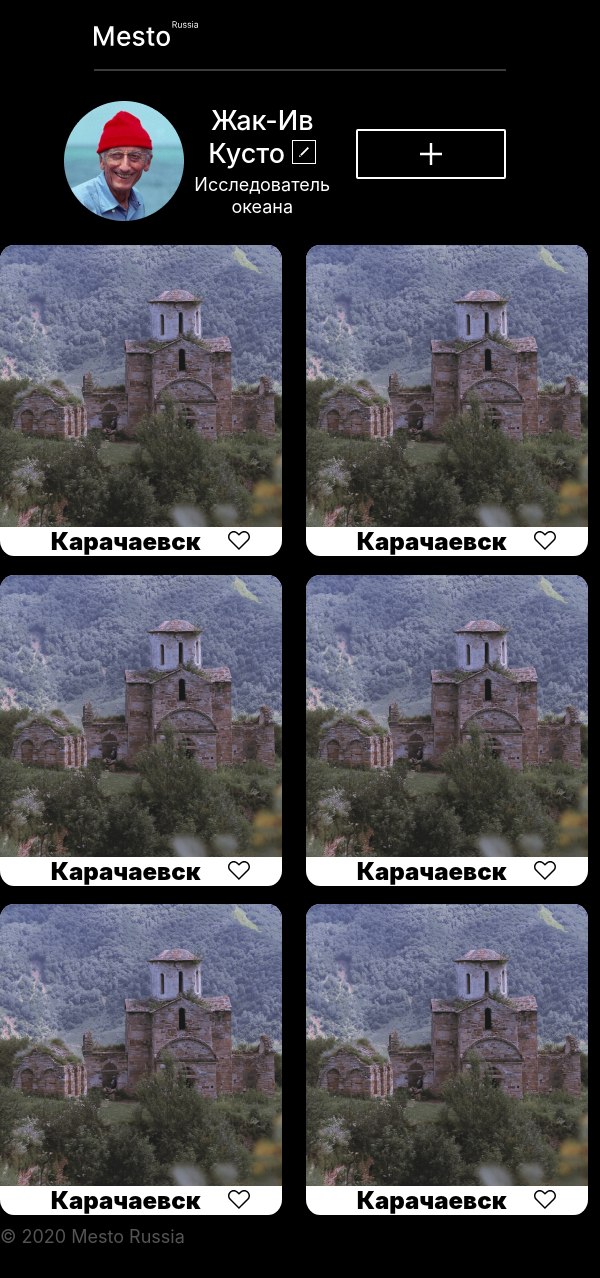
Repository: Ivan2399/mesto-project
Page: index.html
An editor plug-in stored every save of this project. The page is shown before and after the next save, followed by the edit.
The browser window is 600 px wide. The pictures show the whole page.

Above is the page before, as saved 2021-11-16 18:54:17.

### index.html
<!DOCTYPE html>
<html lang="ru">

<head>
    <meta charset="UTF-8">
    <meta http-equiv="X-UA-Compatible" content="IE=edge">
    <meta name="viewport" content="width=device-width, initial-scale=1.0">
    <link rel="stylesheet" href="./pages/index.css" />
    <title>Mesto</title>
</head>

<body class="root">
    <div class="page">
        <header class="header">
            <div class="header__container">
                <img class="header__logo" src="images/logo/Vector.svg" alt="Логотип">
                <div class="header__line"></div>
            </div>
        </header>
        <main class="content">
            <section class="profile profile_mobile">
                <div class="profile__container profile__container_mobile ">
                    <img class="profile__avatar" src="images/avatar/Avatar.png" alt="Аватарка">
                    <h2 class="profile__nickname profile__nickname_mobile">Жак-Ив Кусто
                        <button class="profile__buttons_type_editig"></button>
                        <p class="profile__hobbyname">Исследователь океана</p>
                    </h2>
                </div>
                <div class="profile__buttons">
                    <button class="profile__buttons_type_add"></button>
                </div>
            </section>
            <section class="table">
                <div class="table__container table__container_mobile">
                    <div class="table__card">
                        <img class="table__image" src="images/table/Karachaevsk.png" alt="Крепость">
                        <h2 class="table__title">Карачаевск <img class="table__button table__button_active"
                                src="images/buttons/Vector.svg" alt="Лайк"></h2>
                    </div>
                    <div class="table__card">
                        <img class="table__image" src="images/table/Karachaevsk.png" alt="Крепость">
                        <h2 class="table__title">Карачаевск <img class="table__button table__button_active"
                                src="images/buttons/Vector.svg" alt="Лайк"></h2>
                    </div>
                    <div class="table__card">
                        <img class="table__image" src="images/table/Karachaevsk.png" alt="Крепость">
                        <h2 class="table__title">Карачаевск <img class="table__button table__button_active"
                                src="images/buttons/Vector.svg" alt="Лайк"></h2>
                    </div>
                    <div class="table__card">
                        <img class="table__image" src="images/table/Karachaevsk.png" alt="Крепость">
                        <h2 class="table__title">Карачаевск <img class="table__button table__button_active"
                                src="images/buttons/Vector.svg" alt="Лайк"></h2>
                    </div>
                    <div class="table__card">
                        <img class="table__image" src="images/table/Karachaevsk.png" alt="Крепость">
                        <h2 class="table__title">Карачаевск <img class="table__button table__button_active"
                                src="images/buttons/Vector.svg" alt="Лайк"></h2>
                    </div>
                    <div class="table__card">
                        <img class="table__image" src="images/table/Karachaevsk.png" alt="Крепость">
                        <h2 class="table__title">Карачаевск <img class="table__button table__button_active"
                                src="images/buttons/Vector.svg" alt="Лайк"></h2>
                    </div>
                </div>
            </section>
            <section class="footer">
                <h2 class="footer__logo">© 2020 Mesto Russia</h2>
            </section>
        </main>
    </div>
</body>

</html>

### pages/index.css
@import url(../blocks/root/root.css);
@import url(../blocks/page/page.css);
@import url(../blocks/content/content.css);

/* header */

@import url(../blocks/header/header.css);
@import url(../blocks/header/__container/header__container.css);
@import url(../blocks/header/__logo/header__logo.css);
@import url(../blocks/header/__line/header__line.css);

/* profile */

@import url(../blocks/profile/profile.css);
@import url(../blocks/profile/__avatar/profile__avatar.css);
@import url(../blocks/profile/__container/profile__container.css);
@import url(../blocks/profile/__buttons/profile__buttons.css);
@import url(../blocks/profile/__buttons/_type/profile__buttons_type_add.css);
@import url(../blocks/profile/__buttons/_type/profile__buttons_type_editig.css);
@import url(../blocks/profile/__hobbyname/profile__hobbyname.css);
@import url(../blocks/profile/__nickname/profile__nickname.css);
@import url(../blocks/profile/__container/_mobile/profile__container_mobile.css);
@import url(../blocks/profile/__nickname/_mobile/profile__nickname_mobile.css);
@import url(../blocks/profile/_mobile/profile_mobile.css);

/* table */

@import url(../blocks/table/table.css);
@import url(../blocks/table/__button/table__button.css);
@import url(../blocks/table/__card/table__card.css);
@import url(../blocks/table/__container/table__container.css);
@import url(../blocks/table/__image/table__image.css);
@import url(../blocks/table/__title/table__title.css);
@import url(../blocks/table/__container/_mobile/table__container_mobile.css);
@import url(../blocks/table/__button/_active/table__button_active.css);

/* footer */

@import url(../blocks/footer/footer.css);
@import url(../blocks/footer/__logo/footer__logo.css);

### images/buttons/Vector.svg
<svg width="22" height="19" viewBox="0 0 22 19" fill="none" xmlns="http://www.w3.org/2000/svg">
<path d="M20.2991 9.78586C22.567 7.54338 22.567 3.90213 20.2991 1.68186C18.0311 -0.560619 14.3486 -0.560619 12.0806 1.68186L10.9804 2.792L9.88007 1.70406C7.61215 -0.560619 3.92957 -0.560619 1.6841 1.68186C0.583822 2.76979 0 4.21297 0 5.74496C0 7.27695 0.606277 8.72013 1.6841 9.80806L10.9804 19L20.2991 9.78586ZM1.4371 5.74496C1.4371 4.59042 1.8862 3.52469 2.71702 2.72539C3.5703 1.88168 4.67058 1.45983 5.77086 1.45983C6.87114 1.45983 7.97142 1.88168 8.8247 2.72539L10.9804 4.83465L13.136 2.70318C14.8201 1.03798 17.582 1.03798 19.2437 2.70318C20.0521 3.50248 20.5236 4.56821 20.5236 5.72276C20.5236 6.8773 20.0745 7.94303 19.2437 8.74233L10.9804 16.9351L2.71702 8.76453C1.90865 7.94303 1.4371 6.8773 1.4371 5.74496Z" fill="black"/>
</svg>

### blocks/root/root.css
.root{
    margin: 0;
    padding: 0;
    font-family: "Inter";
    color: #FFFFFF;
}
h1,h2,h3,h4,h5,h6,p{
    margin: 0;
    padding: 0;
    font-family: "Inter";
    color: #FFFFFF;
}

### blocks/page/page.css
.page {
  background-color: #000000;
  max-width: 1280px;
  margin: auto;
}

### blocks/header/header.css
.header{
    display: grid;
}

### blocks/header/__container/header__container.css
.header__container {
  margin: 0 15.7% 0 15.7%;
  max-width: 880px;
  width: 68.6%;
}

### blocks/header/__logo/header__logo.css
.header__logo{
    margin: 5.2% 0 4.7% 0;
}
@media screen and (min-width:300px) and (max-width:600px){
    .header__logo{
        width:103.74px;
        height:24.24px;
    }
}

### blocks/header/__line/header__line.css
.header__line{
    border: 1px solid #545454;
    opacity: 0.7;
}

### blocks/profile/profile.css
.profile {
  display: grid;
  margin: 5% 15.7% 0 15.7%;
  max-width: 880px;
  width: 68.6%;

}

### blocks/profile/__avatar/profile__avatar.css
.profile__avatar{

}

### blocks/profile/__container/profile__container.css
.profile__container {
  display: flex;
  align-items: center;
  flex-direction: row;
}

### blocks/profile/__buttons/profile__buttons.css
.profile__buttons{
    display: flex;
    justify-content: flex-end;
    align-items: center;
}

### blocks/profile/__buttons/_type/profile__buttons_type_add.css
.profile__buttons_type_add {
  width: 150px;
  height: 50px;
  background-image: url(../../../../images/buttons/Add\ Button.svg);
  background-color: black;
  border: none;
  background-size: cover;
  background-repeat: no-repeat;

  margin-bottom: 6.7%;
}
.profile__buttons_type_add:hover {
  opacity: 0.6;
  border: 2px solid #ffffff;
  box-sizing: border-box;
  border-radius: 2px;
}

### blocks/profile/__buttons/_type/profile__buttons_type_editig.css
.profile__buttons_type_editig {
  width: 24px;
  height: 24px;
  background-image: url(../../../../images/buttons/Edit\ Button.svg);
  background-color: black;
  border: none;
  background-size: cover;
  background-repeat: no-repeat;
  margin-bottom: 6.7%;
  grid-column: 2;
  grid-row: 1;
}
.profile__buttons_type_editig:hover {
  border: 1px solid #ffffff;
  box-sizing: border-box;
}

### blocks/profile/__hobbyname/profile__hobbyname.css
.profile__hobbyname {
  font-style: normal;
  font-weight: normal;
  font-size: 18px;
  line-height: 22px;
  grid-column: 2;
}

### blocks/profile/__nickname/profile__nickname.css
.profile__nickname {
  font-style: normal;
  font-weight: 500;
  font-size: 42px;
  line-height: 48px;
  margin-left: 5%;
}

### blocks/profile/__container/_mobile/profile__container_mobile.css
.profile__container_mobile {
  display: flex;
  align-items: center;
  flex-direction: row;
}
@media screen and (min-width: 200px) and (max-width: 700px) {
  .profile__container_mobile {
    display: flex;
    justify-content: center;
    justify-items: center;
  }
}

### blocks/profile/__nickname/_mobile/profile__nickname_mobile.css
@media screen and (min-width: 200px) and (max-width: 700px) {
  .profile__nickname_mobile {
    font-size: 27px;
    line-height: 33px;
    text-align: center;
  }
}

### blocks/profile/_mobile/profile_mobile.css
.profile_mobile{
    grid-template-columns: repeat(auto-fit,minmax(200px,1fr));
}

### blocks/table/table.css
.table{
    max-width:880px;
    margin:4% auto 0;
}

### blocks/table/__button/table__button.css
.table__button {
  width: 22px;
  height: 19px;
  /* background-image: url(../../../images/buttons/Vector.svg);
  border: none;
  background-color: white;
  background-size: cover;
  background-repeat: no-repeat; */
  align-self: flex-end;
  margin-left: 10%;
}
.table__button:hover {
  color: #000000;
  opacity: 0.5;
}

### blocks/table/__card/table__card.css
.table__card{
    max-width: 282px;
    background-color: white;

    border-radius: 5%;

    display: flex;
    flex-direction: column;
}

### blocks/table/__container/table__container.css
.table__container{
    display: grid;
    grid-template-columns: repeat(3,1fr);
    gap:2%;
}

### blocks/table/__image/table__image.css
.table__image{
    max-width: 282px;
    max-height: 282px;
    border-radius: 5% 5% 0 0 ;
}

### blocks/table/__title/table__title.css
.table__title {
  max-width: 246px;
  font-style: normal;
  font-weight: 900;
  font-size: 24px;
  line-height: 29px;

  margin-left: 18%;
  color: #000000;
}

### blocks/table/__container/_mobile/table__container_mobile.css
.table__container_mobile{
    grid-template-columns: repeat(auto-fit, minmax(280px, 1fr));
}

### blocks/table/__button/_active/table__button_active.css
.table__button_active:active{
    background-image: url(../../../../images/buttons/Union.png);
    color: black;
}

### blocks/footer/footer.css
.footer{
    max-width: 840px;
    margin: auto;
}

### blocks/footer/__logo/footer__logo.css
.footer__logo {
  font-style: normal;
  font-weight: normal;
  font-size: 18px;
  line-height: 22px;

  color: #545454;
  margin-top: 8%;
  padding-bottom: 5%;
}

Loaded but not shown: blocks/content/content.css (no stored copy; drawn as an empty file)

After the next save:
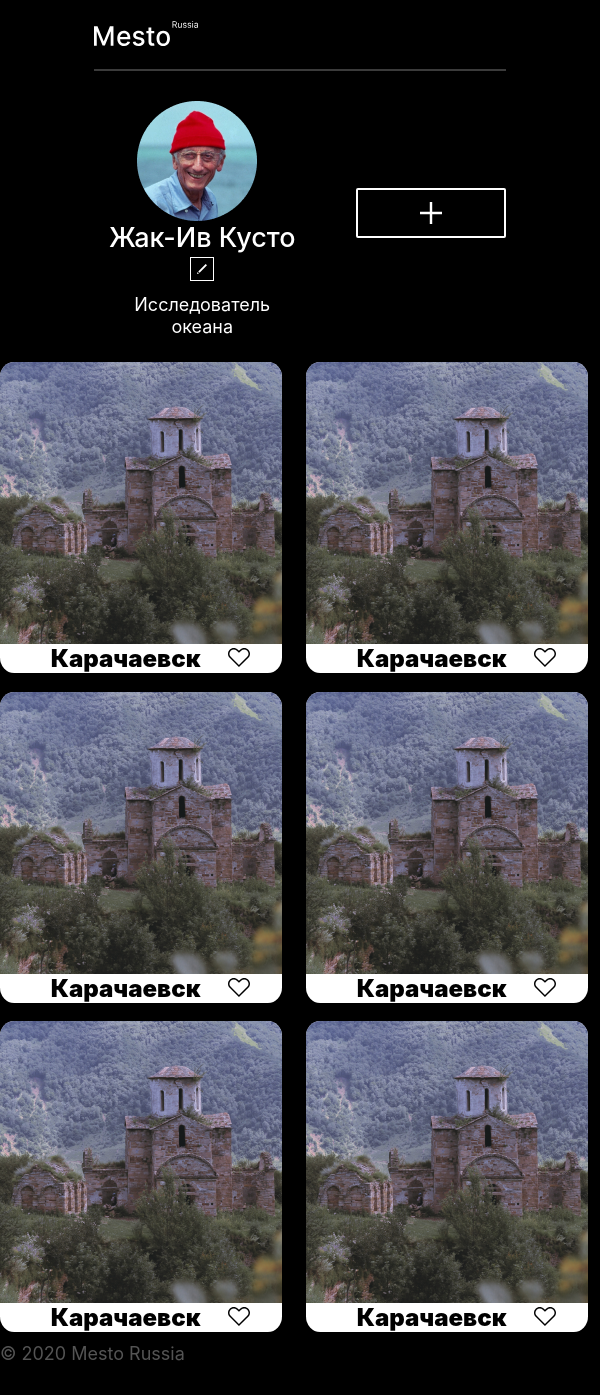
Saved 44 s later.
--- a/blocks/profile/__container/_mobile/profile__container_mobile.css
+++ b/blocks/profile/__container/_mobile/profile__container_mobile.css
@@ -6,6 +6,7 @@
 @media screen and (min-width: 200px) and (max-width: 700px) {
   .profile__container_mobile {
     display: flex;
+    flex-wrap: wrap;
     justify-content: center;
     justify-items: center;
   }
